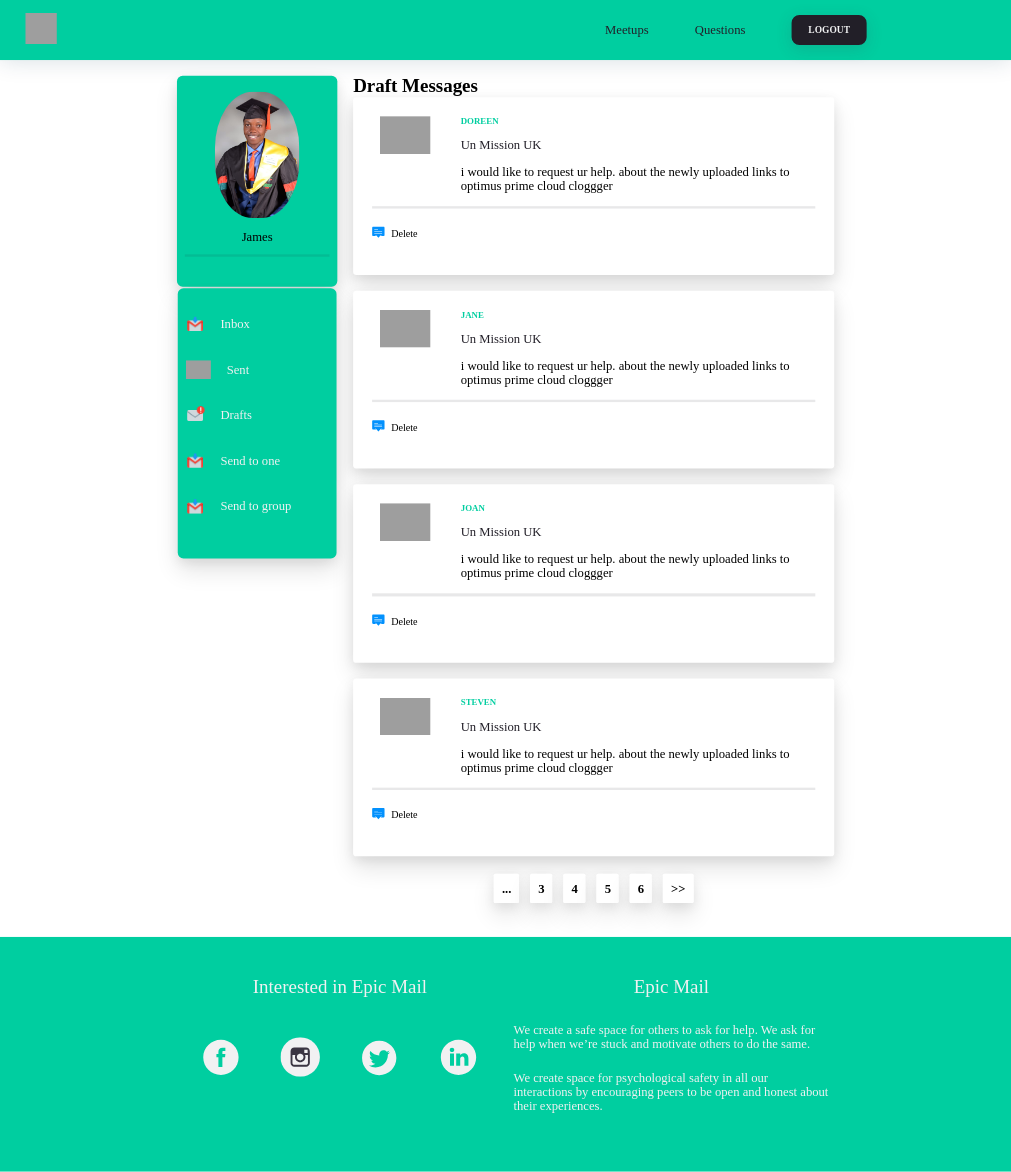
Repository: Gfreedoms/Epic-Mail
Page: pages/drafts.html
These files come from the project's save history. The page is drawn as it stood at one moment and after the next save; the edit follows.
The browser window is 1280 px wide. The pictures show the whole page, at 79% of full size.
Pictures or frames that could not be fetched are drawn as grey boxes. Some web fonts or font styles are not loaded; a fallback is used.

Above is the page before, as saved 2019-02-28 06:54:58.

### pages/drafts.html
<!DOCTYPE html>
<html lang="en">

<head>
	<meta charset="UTF-8">
	<meta name="viewport" content="width=device-width, initial-scale=1.0">
	<meta http-equiv="X-UA-Compatible" content="ie=edge">
	<link rel="apple-touch-icon" sizes="180x180" href="../assets/favicon/apple-touch-icon.png">
	<link rel="icon" type="image/png" sizes="32x32" href="../assets/favicon/favicon-32x32.png">
	<link rel="icon" type="image/png" sizes="16x16" href="../assets/favicon/favicon-16x16.png">
	<link rel="manifest" href="../assets/favicon/site.webmanifest">
	<link rel="mask-icon" href="../assets/favicon/safari-pinned-tab.svg" color="#5bbad5">
	<meta name="msapplication-TileColor" content="#da532c">
	<meta name="theme-color" content="#ffffff">
	<link rel="stylesheet" href="../styles/base.css">
	<link rel="stylesheet" href="../styles/format.css">
	<link rel="stylesheet" href="../styles/profile.css">
	<title>User Profile | EpIC EMAIL</title>
</head>

<body>
	<!-- Navigation Section Starts -->
	<section id="navigation">
		<nav class="navbar">
			<a href="../" id="nav-brand">
				<img src="../assets/imgs/logo.svg" alt="">
			</a>
			<ul class="nav-menu">
				<li class="visibility"><a class="hover-t" href="./login.html">Login</a></li>
				<li><a class="hover-t" href="./meetup.html">Meetups</a></li>
				<li><a class="hover-t" href="./questions.html">Questions</a></li>
				<li><a class="reg-btn box-sh-dark hover-lg" href="../">Logout</a></li>
			</ul>
			<a id="menu" href="">
				<img src="../assets/imgs/menu.svg" alt="">
			</a>
		</nav>
	</section>
	<!-- Navigation Section Ends -->

	<!-- SideBar Nav -->
	<ul id="sidebar" class="navbar-side side-hidden">
		<li><a href="./meetup.html">Meetups</a></li>
		<li><a href="./questions.html">Questions</a></li>
		<li><a class="" href="../">Logout</a></li>
	</ul>

	<div class="container">
		<div id="v-wrapper">
			<div class="profile user card">
				<img class="img mauto" src="../assets/imgs/freedom.jpg" alt="">
				<div class="bio">
					<h3 class="username sm-text">James</h3>

				</div>

				<div class="divider"></div>

				<div class = "user_side_bar">
				<ul class="list-items">
					<li>
						<img src="../assets/imgs/inbox.png" alt="">
						<div class = "labels">
								<a class="label_links" href="./profile.html">
									<h3 class="sm-text">Inbox</h3>
								</a>
						</div>

					</li>
					<li>

						<img src="../assets/imgs/logo.png" alt="">
						<div class = "labels">

								<a class="label_links" href="./sent.html">
									<h3 class="sm-text">Sent</h3>
								</a>
						</div>

					<li>

						<img src="../assets/imgs/drafts.png" alt="">
						<div class = "labels">

								<a class="label_links" href="./meetup.html">
									<h3 class="sm-text">Drafts</h3>
								</a>

							</div>

					</li>

					<li>

							<img src="../assets/imgs/inbox.png" alt="">
							<div class = "labels">
									<a class="label_links" href="./individual.html">
										<h3 class="sm-text">Send to one</h3>
									</a>

								</div>

					</li>
					<li>
						    <img src="../assets/imgs/inbox.png" alt="">
							<div class = "labels">
									<a class="label_links" href="./group-messages.html">
										<h3 class="sm-text">Send to group</h3>
									</a>
								</div>

					</li>



				</ul>
				</div>
			</div>

			<div class="meetups">
				<h2><b>	Draft Messages</b></h2>
				<div class="questions card-lg">
					<div class="content pall-1">
						<div class="q-title">
							<img class="img mauto" height="2rem" src="https://issagoal.com.ng/wp-content/uploads/2019/01/user4.png" alt="">
							<div class="meta">
									<a class="q-link" href="./meetup.html">
										<h3 class="sm-text">Doreen</h3>
									</a>
								<h3 class="md-text title">Un Mission UK</h3>
								<p>i would like to request ur help.
									about the newly uploaded links to
									optimus prime cloud cloggger

								</p>
							</div>
						</div>
						<div class="divider"></div>
						<div class="q-actions">
							<span>
								<a href="#!"><img src="../assets/imgs/icons/comment.svg" alt=""></a>
								Delete
							</span>

						</div>
					</div>
				</div>
				<div class="questions card-lg">
					<div class="content pall-1">
						<div class="q-title">
							<img class="img mauto" height="2rem" src="https://issagoal.com.ng/wp-content/uploads/2019/01/user1.png" alt="">
							<div class="meta">
									<a class="q-link" href="./meetup.html">
										<h3 class="sm-text">Jane</h3>
									</a>
								<h3 class="md-text title">Un Mission UK</h3>
								<p>i would like to request ur help.
									about the newly uploaded links to
									optimus prime cloud cloggger

								</p>
							</div>
						</div>
						<div class="divider"></div>
						<div class="q-actions">
							<span>
								<a href="#!"><img src="../assets/imgs/icons/comment.svg" alt=""></a>
							Delete
							</span>
						</div>
					</div>
				</div>
				<div class="questions card-lg">
					<div class="content pall-1">
						<div class="q-title">
							<img class="img mauto" height="2rem" src="https://issagoal.com.ng/wp-content/uploads/2019/01/user2.png" alt="">
							<div class="meta">
									<a class="q-link" href="./meetup.html">
										<h3 class="sm-text">Joan</h3>
									</a>
								<h3 class="md-text title">Un Mission UK</h3>
								<p>i would like to request ur help.
									about the newly uploaded links to
									optimus prime cloud cloggger

								</p>
							</div>
						</div>
						<div class="divider">
						</div>
						<div class="q-actions">
							<span>
								<a href="#!"><img src="../assets/imgs/icons/comment.svg" alt=""></a>
								Delete
							</span>

						</div>
					</div>
				</div>
				<div class="questions card-lg">
					<div class="content pall-1">
						<div class="q-title">
							<img class="img mauto" height="2rem" src="https://issagoal.com.ng/wp-content/uploads/2019/01/user3.png" alt="">
							<div class="meta">
									<a class="q-link" href="./meetup.html">
										<h3 class="sm-text">Steven</h3>
									</a>
								<h3 class="md-text title">Un Mission UK</h3>
								<p>i would like to request ur help.
									about the newly uploaded links to
									optimus prime cloud cloggger

								</p>
							</div>
						</div>
						<div class="divider"></div>
						<div class="q-actions">
							<span>
								<a href="#!"><img src="../assets/imgs/icons/comment.svg" alt=""></a>
								Delete
							</span>

						</div>
					</div>
				</div>

				<div class="pagination">
					<span class="card hover-lg hover-t">...</span>
					<span class="card hover-lg hover-t">3</span>
					<span class="card hover-lg hover-t">4</span>
					<span class="card hover-lg hover-t">5</span>
					<span class="card hover-lg hover-t">6</span>
					<span class="card hover-lg hover-t">>></span>
				</div>
			</div>
		</div>
	</div>

	<footer class="bg-secondary">
		<div class="container">
			<div class="info-about">
				<h3 class="md-text">Interested in Epic Mail</h3>
				<div class="social-links">
					<a href="#!"><img src="../assets/imgs/icons/facebook.svg" alt=""></a>
					<a href="#!"><img src="../assets/imgs/icons/instagram.svg" alt=""></a>
					<a href="#!"><img src="../assets/imgs/icons/twitter.svg" alt=""></a>
					<a href="#!"><img src="../assets/imgs/icons/linkedin.svg" alt=""></a>
				</div>
			</div>
			<div class="additional-info">
				<h3 class="md-text">Epic Mail</h3>
				<p class="sm-text">
					We create a safe space for others to ask for help.
					We ask for help when we’re stuck and motivate others to do the same.
				</p>
				<p class="sm-text">
					We create space for psychological safety in all our interactions by encouraging peers to be open and honest about
					their experiences.
				</p>
			</div>
		</div>
	</footer>
	<script src="../scripts/index.js"></script>
</body>

</html>

### styles/format.css
.is-danger {
	color: red;
}

.divider {
	height: 0.2rem;
	background: #221F28;
	opacity: 0.1;
	margin: 1rem auto;
	width: 100%;
}

table {
	width: 750px;
	border-collapse: collapse;
	margin: 50px auto;
}

/* Zebra striping */
tr:nth-of-type(odd) {
	background: #eee;
}

th {
	background: #221F28;
	color: white;
	font-weight: bold;
}

td,
th {
	padding: 10px;
	border: 1px solid #ccc;
	text-align: left;
	font-size: 18px;
}

@media only screen and (max-width: 760px),
(min-device-width: 768px) and (max-device-width: 1024px) {

	table {
		width: 100%;
	}

	/* Force table to not be like tables anymore */
	table,
	thead,
	tbody,
	th,
	td,
	tr {
		display: block;
	}

	thead tr {
		position: absolute;
		top: -9999px;
		left: -9999px;
	}

	tr {
		border: 1px solid #ccc;
	}

	td {
		border: none;
		border-bottom: 1px solid #eee;
		position: relative;
		padding-left: 50%;
	}

	td:before {
		position: absolute;
		/* Top/left values mimic padding */
		top: 6px;
		left: 6px;
		width: 45%;
		padding-right: 10px;
		white-space: nowrap;
		/* Label the data */
		content: attr(data-column);

		color: #000;
		font-weight: bold;
	}

	tbody tr {
		padding: 1rem;
	}
}

.m1 {
	margin-top: 0.8rem !important;
	margin-bottom: 0.8rem !important;
}

.pagination {
	text-align: center;
	margin: 2rem auto;
}

.pagination span {
	padding: 10px;
	border-radius: 2px;
	font-family: 'Circular-Book';
	font-weight: 600;
	font-size: 1rem;
	margin: 0 5px;
}

@media screen and (min-width: 1680px) {
	.reg-btn {
		padding: 1.5rem 1.6rem 1.5rem;
		font-size: 1rem;
	}

	.input {
		margin-top: 2rem;
	}

	.nav-menu a.hover-t {
		font-size: 1.4rem !important;
	}
}

### styles/profile.css
#v-wrapper {
	display: grid;
	grid-template-columns: 1fr 3fr;
	grid-gap: 20px;
	padding: 20px 0;
}

div.content.card {
	background: lightblue;
	padding: 2rem 1.5rem;
	margin-bottom: 20px;
}

.profile {
	display: grid;
	padding: 20px 10px;
	background-color:#00cea0;
}

.user_side_bar{

    margin-left: -9px;
    border-radius: .45rem;
    margin-top: 40px;
    background: #00cea0;
    padding: 20px 10px;
    margin-bottom: 20px;
    box-shadow: 0 15px 30px 0 rgba(0, 0, 0, .11), 0 5px 15px 0 rgba(0, 0, 0, .08);
    margin-right: -9px;
}


.profile.user {
	max-height: 25%;
}

.labels{
	margin-top: 3px;
    margin-left: 20px;
}

#v-wrapper>div.profile.card>div.divider {
	width: 100%;
}

.stats {
	display: grid;
	grid-template-columns: 1fr 1fr;
}

.stats h3 {
	color: #221F28;
	font-weight: 800;
	font-family: "Circular-Book";
}

.profile .img {
    height: 160px;
    width: auto;
    border-radius: 45%
}

.profile span {
	text-align: center;
	font-size: 0.5rem;
	color: grey;
	text-transform: uppercase;
}

span .sm-text {
	margin-bottom: 0;
}

.label_links{
	color: #221F28;
}

.questions {
	padding: 1.5rem;
	margin-bottom: 20px;
}

.questions h3 {
	color: #221F28;
	margin-bottom: 1rem;
}

.questions .divider {
	margin-left: 0;
	margin-top: 0.5rem;
}

.q-link h3 {
	font-family: 'Circular-Book';
	font-weight: 800;
	font-size: 0.7rem;
	text-transform: uppercase;
	color: #00cea0;
}

.q-link:hover h3 {
	color: #F01D43;
}

.q-actions {
	display: block;
	margin: 20px 0;
	height: auto;
}

.q-actions img {
	height: 1rem;
	position: relative;
	top: 2px;
}

.q-actions span {
	margin-right: 1rem;
	font-family: 'Circular-Book';
	font-size: 0.8rem;
}

.q-actions span a {
	margin-right: 5px;
}

.q-actions span:nth-child(2) img,
.q-actions span:nth-child(3) img {
	position: relative;
	top: 2px;
}

.q-actions span:nth-child(4) img {
	position: relative;
	top: 4px;
}

.divider {
	margin-bottom: 0;
	margin-top: 0.5rem;
}

.username {
	color: inherit;
	font-family: 'Circular-Book';
	text-align: center;
	margin: 15px 0 5px;
}

.meta-wrapper {
	grid-template-rows: 1fr 9fr;
}

.list-items {
	text-decoration: none;
}

.list-items li {
	display: grid;
	grid-template-columns: 1fr 9fr;
	margin: 0.8rem 0;
}

.list-items span {
	font-family: 'Circular-Book';
	font-size: 0.8rem;
	position: relative;
	top: 5px;
	margin-left: 1.5rem;

}

.list-items img {
	height: 1.5rem;
}

div.content.card {
	padding: 2rem 1.5rem;
	margin-bottom: 20px;
}

.content .md-text {
	color: #221F28;
    font-size: 1rem;

}

.actions {
	/* width: 0%; */
	display: grid;
	grid-template-columns: 0.5fr 1fr 1fr;
	grid-gap: 10px;
	align-items: center;
}

.actions h3 {
	margin-bottom: 0;
}

.actions a {
	font-family: 'Circular-Book';
	font-size: 0.8rem;
	padding: 0.5rem 0.6rem;
	text-align: center;
	color: #fff;
	border-radius: 10px;
}

@media (min-width: 1680px) {
	.profile {
		height: 300px !important;
	}

	.profile span {
		font-size: 0.8rem;
		margin: 10px 0 0;
		font-weight: 800;
	}

	.list-items span {
		font-family: 'Circular-Book' !important;
		font-size: 1rem !important;
	}
}

.q-title {
	display: grid;
	grid-template-columns: 15% 80%;
	grid-gap: 5%;
	margin-bottom: 1rem;
}

.q-title img {
	height: 3rem;
}

@media (max-width: 576px) {
	.profile.user {
		max-height: 200px;
	}

	.q-actions {
		display: grid;
		grid-template-columns: 1fr;
		grid-row-gap: 3px;
	}

	#v-wrapper {
		grid-template-columns: 1fr;
	}

	#v-wrapper .divider {
		display: none;
	}

	.profile {
		padding: 20px 10px;
		height: auto;
		grid-template-columns: 1fr 2fr;
	}

	.stats {
		align-items: flex-end;
	}
	.user_side_bar{
		max-height: 200px;
		padding: 20px 10px;
		height: auto;
		grid-template-columns: 1fr 2fr;
	}
}

### styles/fonts.css
@font-face {
	font-family: "Circular-Light";
	src:
		url("../assets/fonts/Circular-Light.woff") format("woff");
}
@font-face {
	font-family: "Circular-Book";
	src:
		url("../assets/fonts/Circular-Book.woff") format("woff");
}
@font-face {
	font-family: "Circular-Bold";
	src:
		url("../assets/fonts/Circular-Bold.woff") format("woff");
}

* {
	font-family: 'Circular-Light';
}

Loaded but not shown: scripts/index.js (10 lines, source omitted); styles/base.css (742 lines, source omitted)

After the next save:
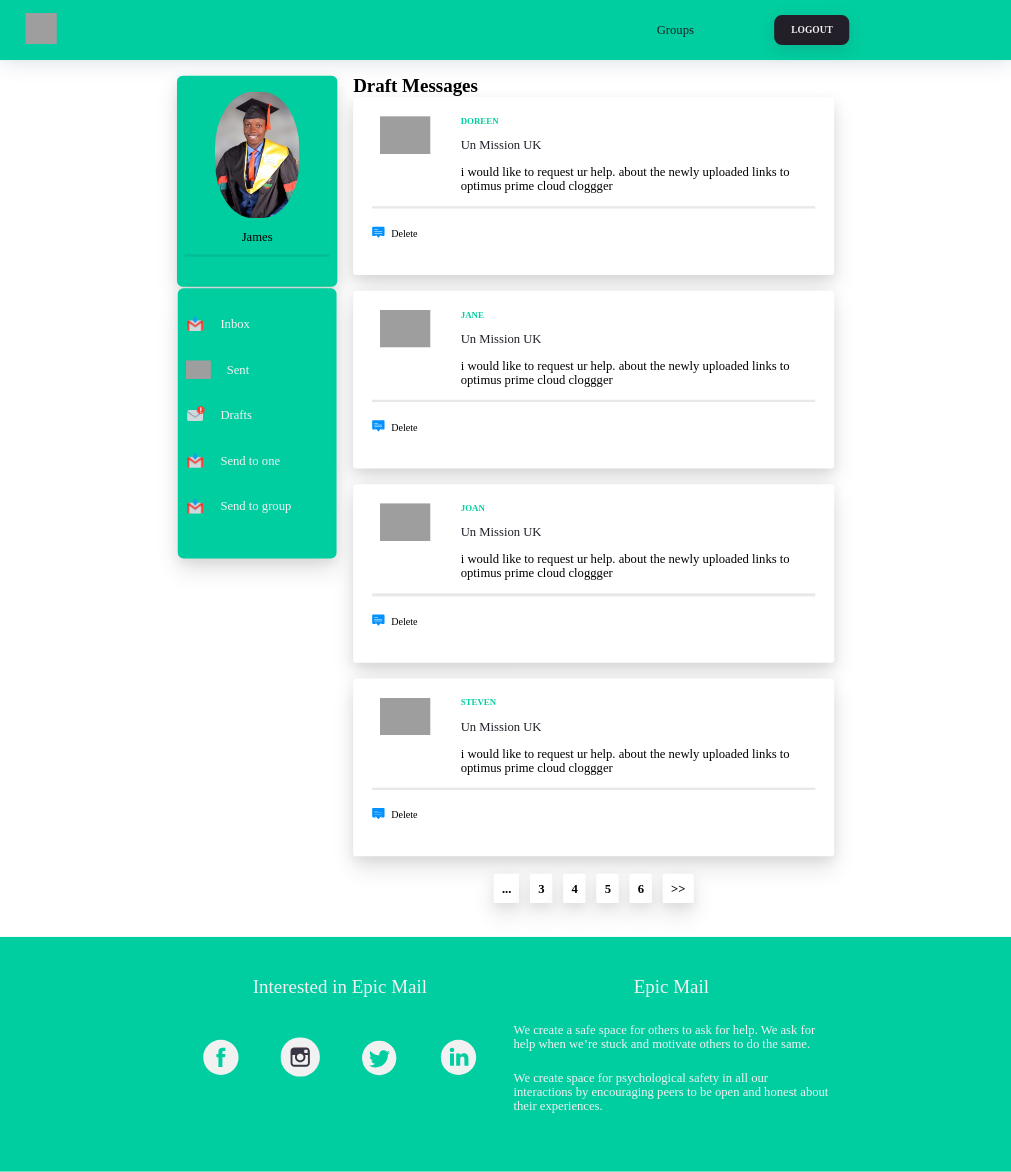
Saved 3 min 12 s later.
--- a/pages/drafts.html
+++ b/pages/drafts.html
@@ -27,9 +27,8 @@
 			</a>
 			<ul class="nav-menu">
 				<li class="visibility"><a class="hover-t" href="./login.html">Login</a></li>
-				<li><a class="hover-t" href="./meetup.html">Meetups</a></li>
-				<li><a class="hover-t" href="./questions.html">Questions</a></li>
-				<li><a class="reg-btn box-sh-dark hover-lg" href="../">Logout</a></li>
+				<li><a class="hover-t" href="./groups.html">Groups</a></li>
+				<li><a class="reg-btn box-sh-dark hover-lg" href="../index.html">Logout</a></li>
 			</ul>
 			<a id="menu" href="">
 				<img src="../assets/imgs/menu.svg" alt="">
@@ -40,8 +39,7 @@
 
 	<!-- SideBar Nav -->
 	<ul id="sidebar" class="navbar-side side-hidden">
-		<li><a href="./meetup.html">Meetups</a></li>
-		<li><a href="./questions.html">Questions</a></li>
+		<li><a href="./groups.html">Groups</a></li>
 		<li><a class="" href="../">Logout</a></li>
 	</ul>
 
@@ -82,7 +80,7 @@
 						<img src="../assets/imgs/drafts.png" alt="">
 						<div class = "labels">
 
-								<a class="label_links" href="./meetup.html">
+								<a class="label_links" href="#">
 									<h3 class="sm-text">Drafts</h3>
 								</a>
 
@@ -124,7 +122,7 @@
 						<div class="q-title">
 							<img class="img mauto" height="2rem" src="https://issagoal.com.ng/wp-content/uploads/2019/01/user4.png" alt="">
 							<div class="meta">
-									<a class="q-link" href="./meetup.html">
+									<a class="q-link" href="#">
 										<h3 class="sm-text">Doreen</h3>
 									</a>
 								<h3 class="md-text title">Un Mission UK</h3>
@@ -150,7 +148,7 @@
 						<div class="q-title">
 							<img class="img mauto" height="2rem" src="https://issagoal.com.ng/wp-content/uploads/2019/01/user1.png" alt="">
 							<div class="meta">
-									<a class="q-link" href="./meetup.html">
+									<a class="q-link" href="#">
 										<h3 class="sm-text">Jane</h3>
 									</a>
 								<h3 class="md-text title">Un Mission UK</h3>
@@ -175,7 +173,7 @@
 						<div class="q-title">
 							<img class="img mauto" height="2rem" src="https://issagoal.com.ng/wp-content/uploads/2019/01/user2.png" alt="">
 							<div class="meta">
-									<a class="q-link" href="./meetup.html">
+									<a class="q-link" href="#">
 										<h3 class="sm-text">Joan</h3>
 									</a>
 								<h3 class="md-text title">Un Mission UK</h3>
@@ -202,7 +200,7 @@
 						<div class="q-title">
 							<img class="img mauto" height="2rem" src="https://issagoal.com.ng/wp-content/uploads/2019/01/user3.png" alt="">
 							<div class="meta">
-									<a class="q-link" href="./meetup.html">
+									<a class="q-link" href="#">
 										<h3 class="sm-text">Steven</h3>
 									</a>
 								<h3 class="md-text title">Un Mission UK</h3>
